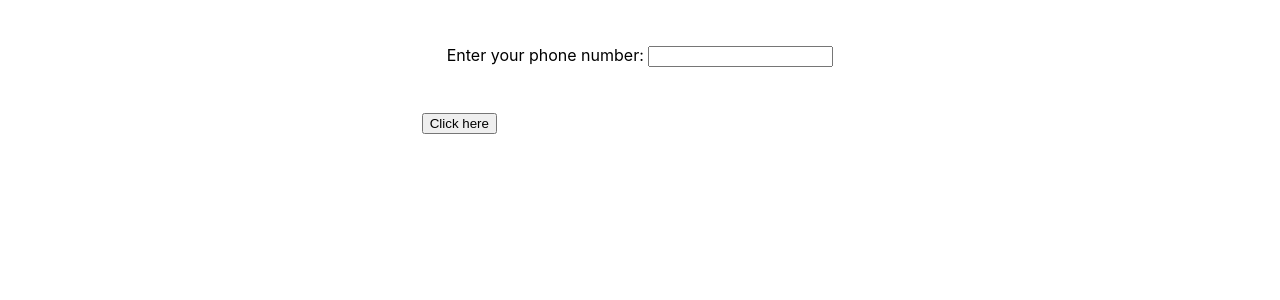
Repository: Rubin78/login-verification
Page: /
An editor plug-in stored every save of this project. The page is shown before and after the next save, followed by the edit.
The browser window is 1280 px wide. The pictures show the whole page.
The project was rebuilt for these pictures with package versions that can differ from the ones it lists, and the page was loaded fresh each time.

Above is the page before, as saved 2021-02-15 02:03:41.

### src/App.js
import React, { Component, label } from "react";
import "./App.css";
import firebase from "./firebase";

export default class App extends Component {
  constructor(props) {
    super(props);

    this.state = {
      phoneNumber: null,
    };
  }

  //   setUpRecaptcha = () =>{
  // window.recaptchaVerifier = new firebase.auth.RecaptchaVerifier(
  //   "sign-in-button",
  //   {
  //     size: "invisible",
  //     callback: (response) => {
  //       // reCAPTCHA solved, allow signInWithPhoneNumber.
  //       this.onSignInSubmit();
  //     },
  //   }
  // );

  //   };

  //   onSignInSubmit = (event) => {
  // event.preventDefault();
  //     const phoneNumber = "+918369696578";
  //     const appVerifier = window.recaptchaVerifier;
  //     firebase
  //       .auth()
  //       .signInWithPhoneNumber(phoneNumber, appVerifier)
  //       .then((confirmationResult) => {
  // SMS sent. Prompt user to type the code from the message, then sign the
  // user in with confirmationResult.confirm(code).
  // window.confirmationResult = confirmationResult;
  // ...
  // })
  // .catch((error) => {
  // Error; SMS not sent
  // ...
  //     });
  // }

  handleClick = (e) => {
    e.preventDefault();
    const { phoneNumber } = this.state;
    const phoneNumber_countryCode = `+91${phoneNumber}`;
    console.log(phoneNumber_countryCode);
    let recaptcha = new firebase.auth.RecaptchaVerifier("recaptcha");
    let number = phoneNumber_countryCode;
    firebase
      .auth()
      .signInWithPhoneNumber(number, recaptcha)
      .then(function (e) {
        let code = prompt("enter otp", "");
        if (code == null) return;
        e.confirm(code)
          .then(function (result) {
            console.log(result.user, "user");
            document.querySelector("label").textContent =
              result.user.phoneNumber + "Number Verified";
          })
          .catch((error) => {
            console.log(error);
          });
      });
  };

  render() {
    const { phoneNumber } = this.state;
    return (
      <div className="otp">
        <form onSubmit={this.handleClick}>
          <div id="recaptcha"></div>
          <br />
          <div style={{ padding: 25 }}>
            <label for="phone">Enter your phone number: </label>
            <input
              type="tel"
              pattern="[789][0-9]{9}"
              value={phoneNumber}
              onChange={(e) => {
                this.setState({
                  phoneNumber: e.target.value,
                });
              }}
            />
          </div>
          <br />
          <input type="submit" value="Click here" />
        </form>
        {/* <div className="container">

<div className="row justify-content-center align-item-center">

<div className="col-sm-6 text-left">
  <h2>Phone Login</h2>
  </div>
<form onSubmit={this.onSignInSubmit}>
  <div className="form-group">
    <label for ="exampleInputEmail1">phone number</label>
    <input type="number" className="form-control" />
    </div>

    <button type="submit" className="btn btn-primary">submit</button>
    </form>
  </div>
  </div> */}
      </div>
    );
  }
}

### src/App.css
.App {
  text-align: center;
}
.otp{
  display: flex;
  justify-content: center;
  align-items: center;
}
.App-logo {
  height: 40vmin;
  pointer-events: none;
}

@media (prefers-reduced-motion: no-preference) {
  .App-logo {
    animation: App-logo-spin infinite 20s linear;
  }
}

.App-header {
  background-color: #282c34;
  min-height: 100vh;
  display: flex;
  flex-direction: column;
  align-items: center;
  justify-content: center;
  font-size: calc(10px + 2vmin);
  color: white;
}

.App-link {
  color: #61dafb;
}

@keyframes App-logo-spin {
  from {
    transform: rotate(0deg);
  }
  to {
    transform: rotate(360deg);
  }
}

### src/firebase.js
import firebase from "firebase";
import "firebase/auth";



// Your web app's Firebase configuration
var firebaseConfig = {
  apiKey: "AIzaSyCPzRnaARKqxbz7v2rWT2UkPVg2Tu1pzO8",
  authDomain: "phone-login-2db6e.firebaseapp.com",
  projectId: "phone-login-2db6e",
  storageBucket: "phone-login-2db6e.appspot.com",
  messagingSenderId: "683632220759",
  appId: "1:683632220759:web:e58cc6ba32dc476c8a2112",
};
// Initialize Firebase
firebase.initializeApp(firebaseConfig);

export default firebase;

Loaded but not shown: public/index.html (common file); src/index.js (common file); src/index.css (common file); src/reportWebVitals.js (common file)

After the next save:
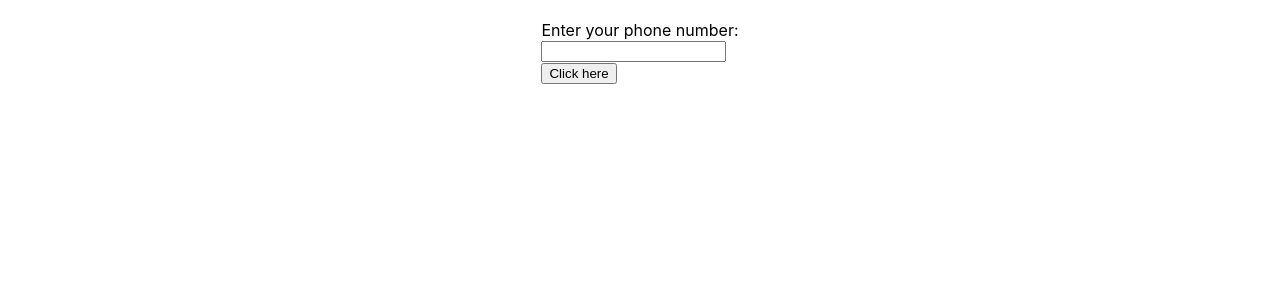
Saved 8 s later.
--- a/src/App.js
+++ b/src/App.js
@@ -76,19 +76,17 @@ export default class App extends Component {
         <form onSubmit={this.handleClick}>
           <div id="recaptcha"></div>
           <br />
-          <div style={{ padding: 25 }}>
-            <label for="phone">Enter your phone number: </label>
-            <input
-              type="tel"
-              pattern="[789][0-9]{9}"
-              value={phoneNumber}
-              onChange={(e) => {
-                this.setState({
-                  phoneNumber: e.target.value,
-                });
-              }}
-            />
-          </div>
+          <div><label for="phone">Enter your phone number: </label></div>
+          <input
+            type="tel"
+            pattern="[789][0-9]{9}"
+            value={phoneNumber}
+            onChange={(e) => {
+              this.setState({
+                phoneNumber: e.target.value,
+              });
+            }}
+          />
           <br />
           <input type="submit" value="Click here" />
         </form>
